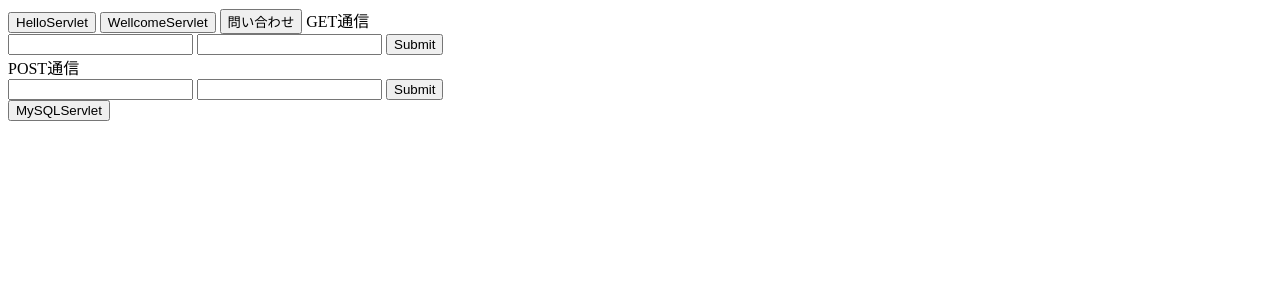
Repository: hirose0320/test
Page: http://localhost/HelloServlet/
An editor plug-in stored every save of this project. The page is shown before and after the next save, followed by the edit.
The browser window is 1280 px wide. The pictures show the whole page.
The page is served by Tomcat 9. Other server files are loaded and not shown.

Above is the page before, as saved 2019-02-19 04:25:59.

### HelloServlet/WebContent/index.jsp
<%@ page language="java" contentType="text/html; charset=UTF-8"
	pageEncoding="UTF-8"%>
<!DOCTYPE html PUBLIC "-//W3C//DTD HTML 4.01 Transitional//EN" "http://www.w3.org/TR/html4/loose.dtd">
<html>
<head>
<meta http-equiv="Content-Type" content="text/html; charset=UTF-8">
<title>HelloServlet</title>
</head>
<body>
	<input type="button" value="HelloServlet"
		onClick="location.href='HelloServlet'">
	<input type="button" value="WellcomeServlet"
		onClick="location.href='welcome.jsp'">
	<input type="button" value="問い合わせ"
		onClick="location.href='inquiry.jsp'"> GET通信
	<form method="get" action="TestServlet">
		<input type="text" name="username"> <input type="password"
			name="password"> <input type="submit" name="送信">
	</form>
	POST通信
	<form method="post" action="TestServlet">
		<input type="text" name="username"> <input type="password"
			name="password"> <input type="submit" name="送信">
	</form>
	<input type="button" value="MySQLServlet" onClick="location.href='MySQLServlet'">
</body>
</html>

After the next save:
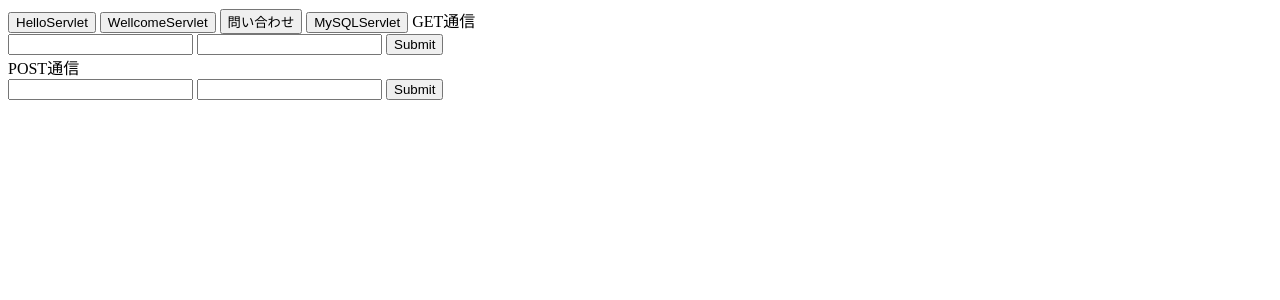
Saved 28 s later.
--- a/HelloServlet/WebContent/index.jsp
+++ b/HelloServlet/WebContent/index.jsp
@@ -12,7 +12,9 @@
 	<input type="button" value="WellcomeServlet"
 		onClick="location.href='welcome.jsp'">
 	<input type="button" value="問い合わせ"
-		onClick="location.href='inquiry.jsp'"> GET通信
+		onClick="location.href='inquiry.jsp'">
+	<input type="button" value="MySQLServlet" onClick="location.href='MySQLServlet'">
+	GET通信
 	<form method="get" action="TestServlet">
 		<input type="text" name="username"> <input type="password"
 			name="password"> <input type="submit" name="送信">
@@ -22,6 +24,6 @@
 		<input type="text" name="username"> <input type="password"
 			name="password"> <input type="submit" name="送信">
 	</form>
-	<input type="button" value="MySQLServlet" onClick="location.href='MySQLServlet'">
+
 </body>
 </html>
